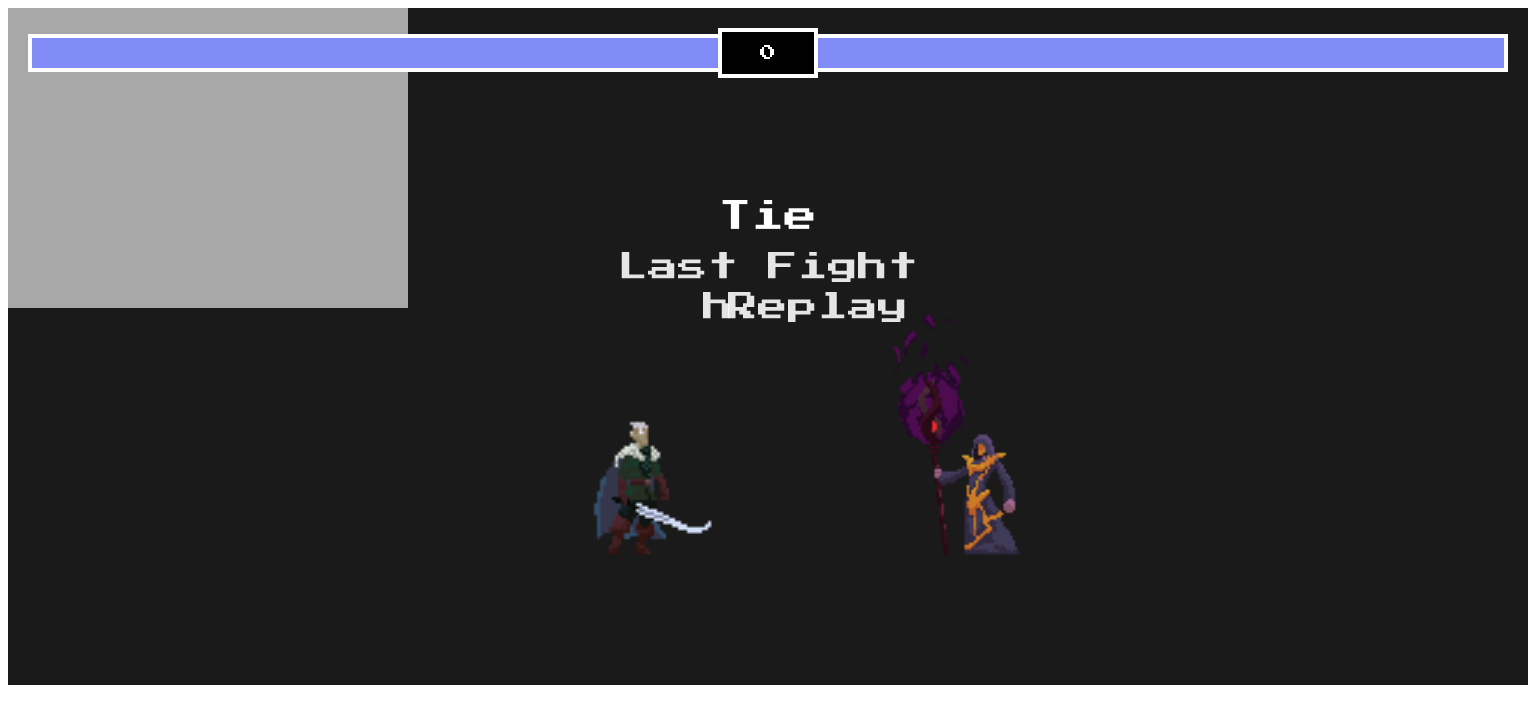
Repository: Gaurav31052/Fighting-game
Page: index.html
These files come from the project's save history. The page is drawn as it stood at one moment and after the next save; the edit follows.
The browser window is 1280 px wide. The page is 1528 px wide, so the pictures cover 1528 px, including what lies to the right of the window. The pictures show the whole page.
Some web libraries are served in a nearby version.

Above is the page before, as saved 2024-05-30 22:26:10.

### index.html
<head>
    <link rel="preconnect" href="https://fonts.googleapis.com">
    <link rel="preconnect" href="https://fonts.gstatic.com" crossorigin>
    <link href="https://fonts.googleapis.com/css2?family=Press+Start+2P&display=swap" rel="stylesheet">
    <style>
        * {
            box-sizing: border-box;
            font-family: "Press Start 2P", system-ui;
        }

            @keyframes fadeIn {
                from { opacity: 0; }
                to { opacity: 1; }
            }

    </style>
</head>

<body>
    <!-- red container div -->
    <div style="position: relative; display: inline-block;">
        <!-- smaller red container div -->
        <div style="position: absolute; display: flex; align-items: center; width: 100%; padding: 20px;">
            <!-- player health -->
            <div style="position: relative; width: 100%; display: flex; justify-content: flex-end;
            border-top: 4px solid white;
            border-bottom: 4px solid white;
            border-left: 4px solid white;

            ">
                <div style="background-color: red; height: 30px; width: 100%;"></div>
                <div id="playerHealth"
                    style="position: absolute; background: #818CF8; top: 0; right: 0; bottom: 0; width: 100%;"></div>
            </div>
            <!-- timer -->
            <div id="timer"
                style="background-color: black; width: 100px; height: 50px; flex-shrink: 0; display: flex; align-items: center; justify-content: center; color: white; border: 4px solid white">
                10
            </div>
            <!-- enemy health -->
            <div style="position: relative;  width: 100%; border-top: 4px solid white;
            border-bottom: 4px solid white;
            border-right: 4px solid white;">
                <div style="background-color: red; height: 30px;"></div>
                <div id="enemyHealth"
                    style="position: absolute; background: #818CF8; top: 0; right: 0; bottom: 0; left: 0;"></div>
            </div>
        </div>
        <div id="displayText" style="position: absolute; color: white; display: flex; align-items: center; justify-content: center; top: 0;
        right: 0; left: 0; bottom: 260; font-size: 33px; display: none;">tie</div>
        <div id="displayText2" style="position: absolute; color: white; display: flex; align-items: center; justify-content: center; top: 0;
        right: 0; left: 0; bottom: 160; font-size: 30px; display: none; opacity: 0; animation: fadeIn 5s forwards; "></div>


        <div id="displayText4" style="position: absolute; color: white; display: flex; align-items: center; justify-content: center; top: 0;
        right: 0; left: 100; bottom: 80; font-size: 30px; display: none; opacity: 0; animation: fadeIn 5s forwards; ">Replay</div>
        <div id="displayText5" style="position: absolute; color: white; display: flex; align-items: center; justify-content: center; top: 0;
        right: 100; left: 0; bottom: 80; font-size: 30px; display: none; opacity: 0; animation: fadeIn 5s forwards; ">h</div>



        <canvas id="canvas"></canvas>

    </div>

<!-- <script src="//cdnjs.cloudflare.com/ajax/libs/annyang/2.6.1/annyang.min.js"></script> -->
    <script src="https://cdnjs.cloudflare.com/ajax/libs/gsap/3.9.1/gsap.min.js"
        integrity="sha512-H6cPm97FAsgIKmlBA4s774vqoN24V5gSQL4yBTDOY2su2DeXZVhQPxFK4P6GPdnZqM9fg1G3cMv5wD7e6cFLZQ=="
        crossorigin="anonymous" referrerpolicy="no-referrer"></script>
    <script src="JS/utils.js"></script>
    <script src="JS/classes.js"></script>
    <script src="game.js"></script>

</body>

### JS/utils.js
function rectangularCollision({ rectangle1, rectangle2 }) {
    return (rectangle1.attackBox.position.x + rectangle1.attackBox.width >= rectangle2.position.x && rectangle1.attackBox.position.x <= rectangle2.position.x + rectangle2.width && rectangle1.attackBox.position.y + rectangle1.attackBox.height >= rectangle2.position.y && rectangle1.attackBox.position.y <= rectangle2.position.y + rectangle2.height)
}

function determineWinner({ player, enemy, timerId }) {
    clearTimeout(timerId)
    document.querySelector('#displayText').style.display = 'flex'
    document.querySelector('#displayText2').style.display = 'flex'
    // document.querySelector('#displayText3').style.display = 'flex'
    document.querySelector('#displayText4').style.display = 'flex'
    document.querySelector('#displayText5').style.display = 'flex'
    if (player.health === enemy.health) {
        game_sound.pause();
        draw.loop=true;
        draw.play();
        document.querySelector('#displayText').innerHTML = 'Tie'
        document.querySelector('#displayText2').innerHTML = 'Last Fight'
        // document.querySelector('#displayText4').innerHTML = 'Reply'
        // document.querySelector('#displayText5').innerHTML = 'home'
    }
    else if (player.health > enemy.health) {
        game_sound.pause();
        winning.play()
        document.querySelector('#displayText').innerHTML = 'Player-1 Wins!'
        document.querySelector('#displayText2').innerHTML = 'Last Fight'
    }
    else if (player.health < enemy.health) {
        game_sound.pause();
        winning.play()
        document.querySelector('#displayText').innerHTML = 'Player-2 Wins!'
        document.querySelector('#displayText2').innerHTML = 'Last Fight'
    }
}

let timer = 3;
let timerId
function decreaseTimer() {
    if (timer > 0) {
        timerId = setTimeout(decreaseTimer, 1000)
        timer--
        document.querySelector('#timer').innerHTML = timer;
    }
    if (timer == 0) {
        determineWinner({ player, enemy, timerId })
    }
}


var draw =new Audio("./audio/tie_bgm.mp3");
var winning =new Audio("./audio/winning audio.mp3");

### JS/classes.js
class Sprite {
    constructor({ position, imageSrc, scale = 1, frameMax = 1, offset = { x: 0, y: 0 } }) {
        this.position = position;
        this.width = 50
        this.height = 150
        this.image = new Image()
        this.image.src = imageSrc
        this.scale = scale
        this.frameMax = frameMax
        this.frameCurrent = 0
        this.frameElapsed = 0
        this.frameHold = 5
        this.offset = offset
    }
    draw() {

        c.drawImage(this.image, this.frameCurrent * (this.image.width / this.frameMax), 0, this.image.width / this.frameMax, this.image.height,

            this.position.x - this.offset.x, this.position.y - this.offset.y, (this.image.width / this.frameMax) * this.scale, this.image.height * this.scale)
    }

    animateFrame() {
        this.frameElapsed++
        if (this.frameElapsed % this.frameHold === 0) {
            if (this.frameCurrent < this.frameMax - 1) {

                this.frameCurrent++
            }
            else {
                this.frameCurrent = 0
            }
        }
    }

    update() {
        this.draw()
        this.animateFrame()
    }
}




class Fighter extends Sprite {
    constructor({ position, velocity, color = 'red', imageSrc, scale = 1, frameMax = 1, offset = { x: 0, y: 0 }, sprites,attackBox ={offset: {}, width: undefined, height: undefined} }) {
        super({
            position,
            imageSrc,
            frameMax,
            scale,
            offset
        })

        this.velocity = velocity;
        this.width = 50
        this.height = 150
        this.lastkey
        this.attackBox = {
            position: {
                x: this.position.x,
                y: this.position.y
            },
            offset: attackBox.offset,
            width: attackBox.width,
            height: attackBox.height
        }
        this.color = color
        this.isAttacking
        this.health = 100
        this.frameCurrent = 0
        this.frameElapsed = 0
        this.frameHold = 5
        this.sprites =sprites
        this.dead = false

        for(const sprite in this.sprites){
            sprites[sprite].image =new Image()
            sprites[sprite].image.src= sprites[sprite].imageSrc
        }

    }
    // draw() {
    //     c.fillStyle = this.color
    //     c.fillRect(this.position.x, this.position.y, this.width, this.height)

    //     // attack box
    //     if (this.isAttacking) {
    //         c.fillStyle = 'green'
    //         c.fillRect(this.attackBox.position.x, this.attackBox.position.y, this.attackBox.width, this.attackBox.height)
    //     }
    // }
    update() {
        this.draw()
        if(!this.dead)
        this.animateFrame()


// attack boxes
        this.attackBox.position.x = this.position.x + this.attackBox.offset.x
        this.attackBox.position.y = this.position.y + this.attackBox.offset.y

        // draw the attack box
        // c.fillRect(this.attackBox.position.x, this.attackBox.position.y, this.attackBox.width, this.attackBox.height)

        this.position.y += this.velocity.y
        this.position.x += this.velocity.x

        //gravity function
        if (this.position.y + this.height + this.velocity.y >= canvas.height-200) {
            this.velocity.y = 0
            this.position.y = 400
        }
        else {
            this.velocity.y += gravity
        }

    }
    attack() {
        this.switchSprite('attack1')
        this.isAttacking = true

    }

    takeHit(){
        this.health -= 5

        if(this.health <= 0){
            this.switchSprite('death')
        }
        else{
            this.switchSprite('takeHit')
        }
    }

    switchSprite(sprite){
        if(this.image === this.sprites.death.image) {
            if(this.frameCurrent=== this.sprites.death.frameMax-1) this.dead = true
            return}
        // overriding all other animations with the attack animations
        if(this.image === this.sprites.attack1.image && this.frameCurrent < this.sprites.attack1.frameMax -1) return

        // override when fighter gets hit
        if(this.image === this.sprites.takeHit.image && this.frameCurrent < this.sprites.takeHit.frameMax -1) return

        switch (sprite) {
            case 'idle':
                if(this.image!= this.sprites.idle.image){
                this.image=this.sprites.idle.image
                this.frameMax = this.sprites.idle.frameMax
                this.frameCurrent = 0
        }
                break;
            case 'run':
            if(this.image!= this.sprites.run.image){
            this.image=this.sprites.run.image
            this.frameMax = this.sprites.run.frameMax
            this.frameCurrent = 0
        }
                break;
            case 'jump':
                if(this.image!= this.sprites.jump.image){
                this.image =this.sprites.jump.image
                this.frameMax = this.sprites.jump.frameMax
                this.frameCurrent = 0
                }
                break;
            case 'fall':
                if(this.image!= this.sprites.fall.image){
                this.image =this.sprites.fall.image
                this.frameMax = this.sprites.fall.frameMax
                this.frameCurrent = 0
                }
                break;
            case 'attack1':
                if(this.image!= this.sprites.attack1.image){
                this.image =this.sprites.attack1.image
                this.frameMax = this.sprites.attack1.frameMax
                this.frameCurrent = 0
                }
                break;
            case 'takeHit':
                if(this.image!= this.sprites.takeHit.image){
                this.image =this.sprites.takeHit.image
                this.frameMax = this.sprites.takeHit.frameMax
                this.frameCurrent = 0
                }
                break;
            case 'death':
                if(this.image!= this.sprites.death.image){
                this.image =this.sprites.death.image
                this.frameMax = this.sprites.death.frameMax
                this.frameCurrent = 0
                }

                break;

        }
    }
}

### game.js
const canvas = document.getElementById('canvas');
const c = canvas.getContext('2d');

canvas.width = 1520
// canvas.width = window. innerWidth;
canvas.height = 677
// canvas.height = window. innerHeight;

c.fillRect(0, 0, canvas.width, canvas.height)

const gravity = 2.9


const background = new Sprite({
    position: {
        x: 0,
        y: 0,

    },
    // imageSrc: './img/background5.jpg'
    imageSrc: localStorage.getItem(1)


})





// const shop = new Sprite({
//     position: {
//         x: 600,
//         y: 128
//     },
//     imageSrc: './img/shop.png',
//     scale: 2.75,
//     frameMax: 6
// })


const player = new Fighter({
    position: {
        x: 600,
        y: 0
    },
    velocity: {
        x: 0,
        y: 0
    },
    offset: {
        x: 0,
        y: 0
    },
    imageSrc: './img/samuraiMack/Idle.png',

    frameMax: 10,
    scale:3,
    offset: {
        x:215,
        y:157
    },

    sprites:{
        idle: {
            imageSrc: './img/samuraiMack/Idle.png',
            frameMax: 10
        },
        run:{
            imageSrc: './img/samuraiMack/Run.png',
            frameMax: 8

        },
        jump:{
            imageSrc: './img/samuraiMack/Jump.png',
            frameMax: 3

        },
        fall:{
            imageSrc: './img/samuraiMack/Fall.png',
            frameMax: 3
        },
        attack1:{
            imageSrc: './img/samuraiMack/Attack1.png',
            frameMax: 7
        },
        takeHit:{
            imageSrc: './img/samuraiMack/Take hit.png',
            frameMax: 3
        },
        death:{
            imageSrc: './img/samuraiMack/Death.png',
            frameMax: 7
        }

    },
    attackBox:{
        offset:{
            x:90,
            y:50
        },
        width:70,
        height:50
    }
})




const enemy = new Fighter({
    position: {
        x: 900,
        y: 100
    },
    velocity: {
        x: 0,
        y: 0
    },
    color: 'blue',
    offset: {
        x: -50,
        y: 0
    },
    imageSrc: './img/kenji/Idle.png',
    frameMax: 8,
    scale:2.3,
    offset: {
        x:215,
        y:238
    },

    sprites:{
        idle: {
            imageSrc: './img/kenji/Idle.png',

            frameMax: 8
        },
        run:{
            imageSrc: './img/kenji/Run.png',
            frameMax: 8

        },
        jump:{
            imageSrc: './img/kenji/Jump.png',
            frameMax: 2

        },
        fall:{
            imageSrc: './img/kenji/Fall.png',
            frameMax: 2
        },
        attack1:{
            imageSrc: './img/kenji/Attack1.png',
            frameMax: 8
        },
        takeHit:{
            imageSrc:'./img/kenji/Take hit.png',
            frameMax: 3
        },
        death:{
            imageSrc: './img/kenji/Death.png',
            frameMax: 7
        }


    },
    attackBox:{
        offset:{
            x:-140,
            y:50
        },
        width:130,
        height:50
    }
})

// console.log(player)

const key = {
    a: {
        pressed: false
    },
    d: {
        pressed: false
    },
    ArrowRight: {
        pressed: false
    },
    ArrowLeft: {
        pressed: false
    }
}


decreaseTimer()


function animate() {
    window.requestAnimationFrame(animate)
    c.fillStyle = 'black'
    c.fillRect(0, 0, canvas.width, canvas.height)
    background.update()
    // shop.update()
    c.fillStyle ='rgba(255,255,255,0.1)'
    c.fillRect(0,0, canvas.width, canvas.height)
    player.update()
    enemy.update()
    player.velocity.x = 0
    enemy.velocity.x = 0

    // player movement

    if (key.a.pressed && player.lastkey === 'a') {
        player.velocity.x = -5
        player.switchSprite('run')
    }
    else if (key.d.pressed && player.lastkey === 'd') {
        player.velocity.x = 5
        player.switchSprite('run')
    }
    else{
        player.switchSprite('idle')
    }

    //jumping player
    if(player.velocity.y<0){
       player.switchSprite('jump')
    }
    else if(player.velocity.y>0){
        player.switchSprite('fall')
    }



    // enemy movement
    if (key.ArrowLeft.pressed && enemy.lastkey === 'ArrowLeft') {
        enemy.velocity.x = -5
        enemy.switchSprite('run')
    }
    else if (key.ArrowRight.pressed && enemy.lastkey === 'ArrowRight') {
        enemy.velocity.x = 5
        enemy.switchSprite('run')
    }
    else{
        enemy.switchSprite('idle')
    }
     //jumping enemy
     if(enemy.velocity.y<0){
        enemy.switchSprite('jump')
     }
     else if(enemy.velocity.y>0){
         enemy.switchSprite('fall')
     }

    // detect for collision & enemy get hit
    if (rectangularCollision({ rectangle1: player, rectangle2: enemy }) && player.isAttacking && player.frameCurrent===4) {
        enemy.takeHit()
        enemy_take_hit.volume=0.2
        enemy_take_hit.play()
        player.isAttacking = false

        // document.querySelector('#enemyHealth').style.width = enemy.health + '%'
        gsap.to('#enemyHealth',{
            width:enemy.health + '%'
        })
    }

    // if player misses
    if(player.isAttacking && player.frameCurrent === 4){
        player.isAttacking = false
    }

    // this is where our player hit
    if (rectangularCollision({ rectangle1: enemy, rectangle2: player }) && enemy.isAttacking && enemy.frameCurrent === 2) {
        player.takeHit()
        player_take_hit.volume=0.2
        player_take_hit.play();
        enemy.isAttacking = false
        // console.log('enemy is Attacking')
        // document.querySelector('#playerHealth').style.width = player.health + '%'
        gsap.to('#playerHealth',{
            width:player.health + '%'
        })
    }

     // if enemy misses
     if(enemy.isAttacking && enemy.frameCurrent === 2){
        enemy.isAttacking = false
    }
    // end game based on health
    if (enemy.health <= 0 || player.health <= 0) {
        determineWinner({ player, enemy, timerId })
    }
}

animate()


window.addEventListener('keydown', (event) => {
    if(!player.dead){


    switch (event.key) {
        case 'd':
            key.d.pressed = true
            player.lastkey = 'd'
            break
        case 'a':
            key.a.pressed = true
            player.lastkey = 'a'
            break
        case 'w':
            player.velocity.y = -38
            break
        case ' ':
            player.attack()
            sword.play();
            break

        }
    }

    if(!enemy.dead){

switch(event.key){
    case 'ArrowRight':
            key.ArrowRight.pressed = true
            enemy.lastkey = 'ArrowRight'
            break
        case 'ArrowLeft':
            key.ArrowLeft.pressed = true
            enemy.lastkey = 'ArrowLeft'
            break
        case 'ArrowUp':
            enemy.velocity.y = -38
            break
        case 'ArrowDown':
            enemy.attack()
            woo1.play();
            break
}

}

})
window.addEventListener('keyup', (event) => {
    switch (event.key) {
        case 'd':
            key.d.pressed = false
            break
        case 'a':
            key.a.pressed = false
            break

    }

    // enemy key
    switch (event.key) {
        case 'ArrowRight':
            key.ArrowRight.pressed = false
            break
        case 'ArrowLeft':
            key.ArrowLeft.pressed = false
            break

    }
})





// voice command

// if(annyang){
//     var commands={
//         // 'forward': function(){alert('helloooo');}
//         'forward': function(){ key.d.pressed = true
//             player.lastkey = 'd'
//         setTimeout(()=>{
//             key.d.pressed = false
//             annyang.start()
//         },500)
//         },
//         'stop': function(){ key.d.pressed = false
//             player.lastkey = 'd' },
//         'back': function(){key.a.pressed = true
//             player.lastkey = 'a'
//             setTimeout(()=>{
//                 key.a.pressed = false
//                 annyang.start()
//             },500)},
//         'jump': function(){player.velocity.y = -38
//             annyang.start()},
//         'attack': function(){ player.attack()
//             annyang.start()}
//     };
//     annyang.addCommands(commands);
//     annyang.start();
// }


//Sound Effect
var sword =new Audio("./audio/sword sound.mp4");
var player_take_hit =new Audio("./audio/grunt_1.mp3");
var enemy_take_hit =new Audio("./audio/grunt_2.mp3");
var woo1 =new Audio("./audio/woo1.mp3");
var fight = new Audio("./audio/fight-deep-voice.mp3");
fight.play();
// draw_music.play();
var game_sound =new Audio("./audio/game_bgm.mp3");
game_sound.loop=true;
game_sound.volume=0.3;
game_sound.play();

After the next save:
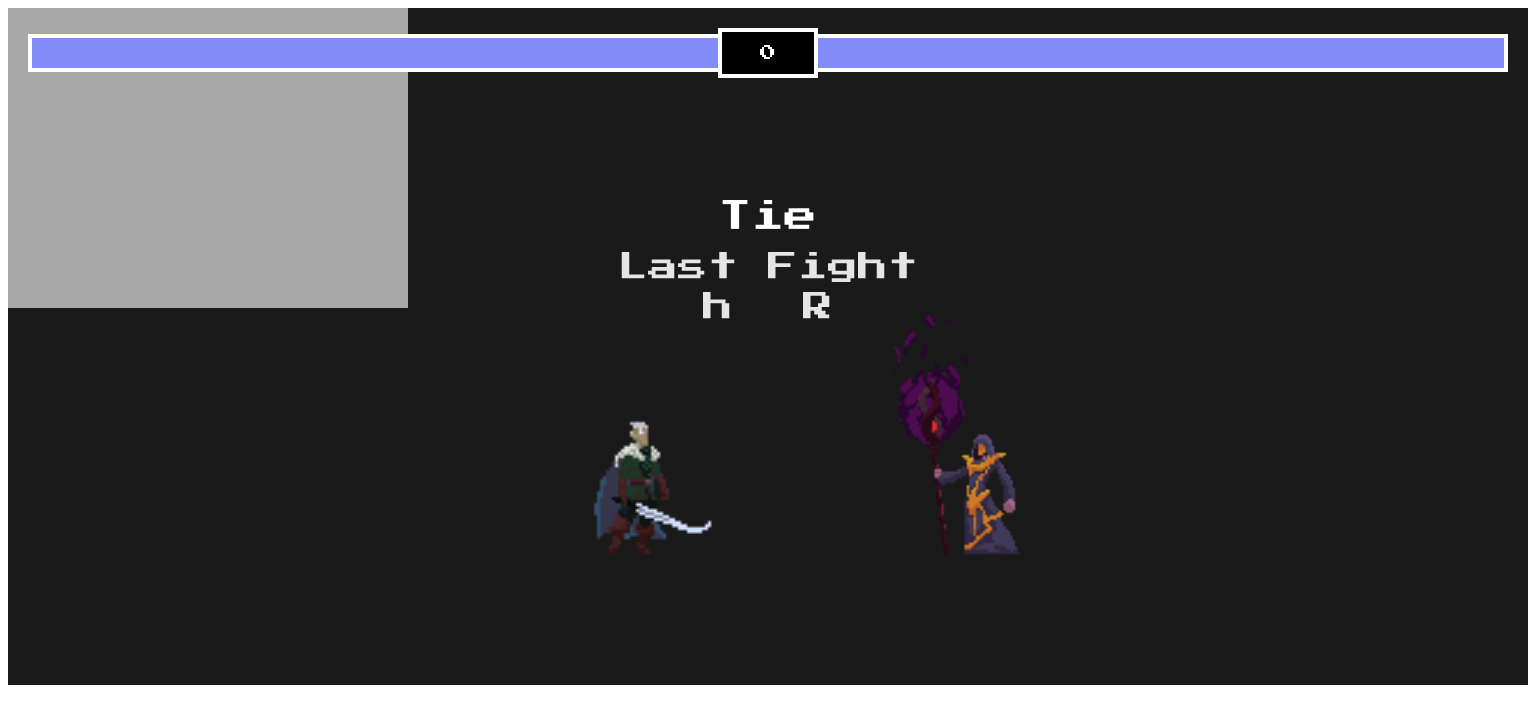
Saved 4 s later.
--- a/index.html
+++ b/index.html
@@ -53,7 +53,7 @@
 
 
         <div id="displayText4" style="position: absolute; color: white; display: flex; align-items: center; justify-content: center; top: 0;
-        right: 0; left: 100; bottom: 80; font-size: 30px; display: none; opacity: 0; animation: fadeIn 5s forwards; ">Replay</div>
+        right: 0; left: 100; bottom: 80; font-size: 30px; display: none; opacity: 0; animation: fadeIn 5s forwards; ">R</div>
         <div id="displayText5" style="position: absolute; color: white; display: flex; align-items: center; justify-content: center; top: 0;
         right: 100; left: 0; bottom: 80; font-size: 30px; display: none; opacity: 0; animation: fadeIn 5s forwards; ">h</div>
 
